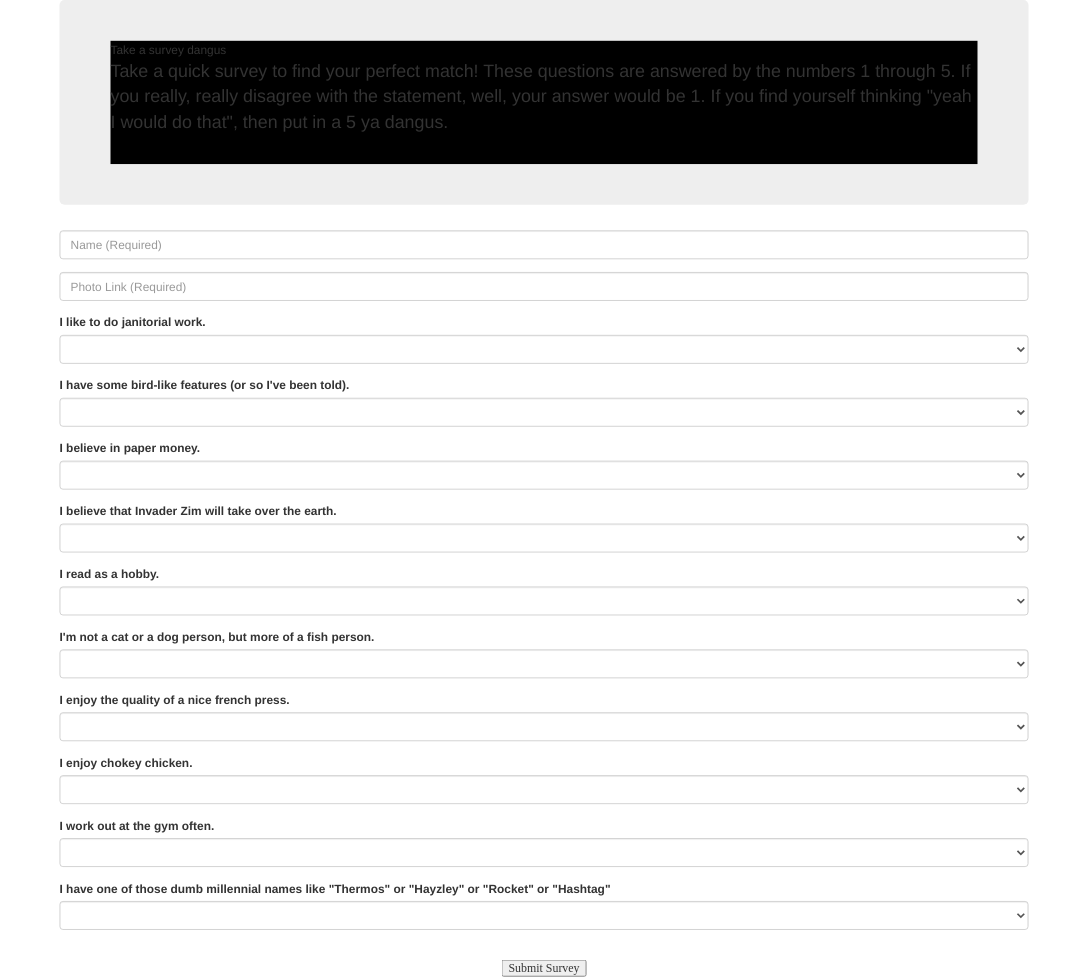
Repository: kcummings1/Mate-Matcher
Page: public/survey.html
An editor plug-in stored every save of this project. The page is shown before and after the next save, followed by the edit.
The browser window is 1280 px wide. The pictures show the whole page, at 85% of full size.
Some web libraries are served in a nearby version.

Above is the page before, as saved 2019-10-05 13:52:16.
Console error: ReferenceError: config is not defined

### public/survey.html
<!DOCTYPE html>
<html>

<head>
    <title>Friend Finder | Survey</title>
    <!--===================\\BootStrap//===================-->
    <link rel="stylesheet" href="https://maxcdn.bootstrapcdn.com/bootstrap/3.3.7/css/bootstrap.min.css">
    <link rel="stylesheet" href="https://maxcdn.bootstrapcdn.com/font-awesome/4.7.0/css/font-awesome.min.css">
</head>

<body>

    <div class="container">
        <div class="jumbotron">
                <div class="title" style="background-color: #000;">Take a survey dangus <br>
            <p>Take a quick survey to find your perfect match! These questions are answered by the numbers 1 through 5.
                If
                you really, really disagree with the statement, well, your answer would be 1. If you find yourself
                thinking
                "yeah I would do that", then put in a 5 ya dangus.</p> <br>
                </div>
        </div>
        <form>
            <div class="form-group">
                <input id="name" type="text" class="form-control" placeholder="Name (Required)">
            </div>
            <div class="form-group">
                <input id="photo" type="text" class="form-control" placeholder="Photo Link (Required)">
            </div>


            <div class="form-group">
                <label for="q1">I like to do janitorial work.</label>
                <select class="form-control" id="q1">
                    <option value="empty"></option>
                    <option value="1">1 (I Do not like that at all!!)</option>
                    <option value="2">2</option>
                    <option value="3">3 (Meh)</option>
                    <option value="4">4</option>
                    <option value="5">5 (I do like that A lot!!)</option>
                </select>
            </div>
            <div class="form-group">
                <label for="q2">I have some bird-like features (or so I've been told).</label>
                <select class="form-control" id="q2">
                    <option value="empty"></option>
                    <option value="1">1 (I Do not like that at all!!)</option>
                    <option value="2">2</option>
                    <option value="3">3 (Meh)</option>
                    <option value="4">4</option>
                    <option value="5">5 (I do like that A lot!!)</option>
                </select>
            </div>
            <div class="form-group">
                <label for="q3">I believe in paper money.</label>
                <select class="form-control" id="q3">
                    <option value="empty"></option>
                    <option value="1">1 (I Do not like that at all!!)</option>
                    <option value="2">2</option>
                    <option value="3">3 (Meh)</option>
                    <option value="4">4</option>
                    <option value="5">5 (I do like that A lot!!)</option>
                </select>
            </div>
            <div class="form-group">
                <label for="q4">I believe that Invader Zim will take over the earth.</label>
                <select class="form-control" id="q4">
                    <option value="empty"></option>
                    <option value="1">1 (I Do not like that at all!!)</option>
                    <option value="2">2</option>
                    <option value="3">3 (Meh)</option>
                    <option value="4">4</option>
                    <option value="5">5 (I do like that A lot!!)</option>
                </select>
            </div>
            <div class="form-group">
                <label for="q5">I read as a hobby.</label>
                <select class="form-control" id="q5">
                    <option value="empty"></option>
                    <option value="1">1 (I Do not like that at all!!)</option>
                    <option value="2">2</option>
                    <option value="3">3 (Meh)</option>
                    <option value="4">4</option>
                    <option value="5">5 (I do like that A lot!!)</option>
                </select>
            </div>
            <div class="form-group">
                <label for="q6">I'm not a cat or a dog person, but more of a fish person.</label>
                <select class="form-control" id="q6">
                    <option value="empty"></option>
                    <option value="1">1 (I Do not like that at all!!)</option>
                    <option value="2">2</option>
                    <option value="3">3 (Meh)</option>
                    <option value="4">4</option>
                    <option value="5">5 (I do like that A lot!!)</option>
                </select>
            </div>
            <div class="form-group">
                <label for="q7">I enjoy the quality of a nice french press.</label>
                <select class="form-control" id="q7">
                    <option value="empty"></option>
                    <option value="1">1 (I Do not like that at all!!)</option>
                    <option value="2">2</option>
                    <option value="3">3 (Meh)</option>
                    <option value="4">4</option>
                    <option value="5">5 (I do like that A lot!!)</option>
                </select>
            </div>
            <div class="form-group">
                <label for="q8">I enjoy chokey chicken.</label>
                <select class="form-control" id="q8">
                    <option value="empty"></option>
                    <option value="1">1 (I Do not like that at all!!)</option>
                    <option value="2">2</option>
                    <option value="3">3 (Meh)</option>
                    <option value="4">4</option>
                    <option value="5">5 (I do like that A lot!!)</option>
                </select>
            </div>
            <div class="form-group">
                <label for="q9">I work out at the gym often.</label>
                <select class="form-control" id="q9">
                    <option value="empty"></option>
                    <option value="1">1 (I Do not like that at all!!)</option>
                    <option value="2">2</option>
                    <option value="3">3 (Meh)</option>
                    <option value="4">4</option>
                    <option value="5">5 (I do like that A lot!!)</option>
                </select>
            </div>
            <div class="form-group">
                <label for="q10">I have one of those dumb millennial names like "Thermos" or "Hayzley" or
                    "Rocket" or "Hashtag"</label>
                <select class="form-control" id="q10">
                    <option value="empty"></option>
                    <option value="1">1 (I Do not like that at all!!)</option>
                    <option value="2">2</option>
                    <option value="3">3 (Meh)</option>
                    <option value="4">4</option>
                    <option value="5">5 (I do like that A lot!!)</option>
                </select>
            </div>
        </form>


        <div class="text-center"><br>
            <input type="submit" class="fa fa-pencil survey-button" value="Submit Survey" id="submit">
        </div>

        <!-- Modal after survey completion -->
        <div id="bestFriendModal" class="modal fade" role="dialog">
            <div class="modal-dialog">
                <div class="modal-content">
                    <div class="modal-header">

                        <h3 class="modal-title">Your New Best Friend</h1>
                    </div>
                    <div class="modal-body">
                        <h2 id="bestFriend"></h2>

                    </div>
                    <div class="modal-footer">
                        <!-- <img id="bestFriendPhoto" src="#"> <button type="button" class="btn btn-default" data-dismiss="modal">Close</button> -->
                    </div>
                </div>
            </div>
        </div>
    </div>

    <script src="https://code.jquery.com/jquery-3.2.1.min.js"
        integrity="sha256-hwg4gsxgFZhOsEEamdOYGBf13FyQuiTwlAQgxVSNgt4=" crossorigin="anonymous"></script>
    <script src="https://maxcdn.bootstrapcdn.com/bootstrap/3.3.7/js/bootstrap.min.js"></script>
</body>

</html>

<script type="text/javascript">
    for (var selector in config) {
        $(selector).chosen(config[selector]);
    }
    //=========\\====Capturing form inputs====//==========\\
    $("#submitBtn").on("click", function (event) {
        event.preventDefault();


        //=========\\====Form validation====//==========\\
        function valForm() {
            var isVal = true;
            $(".form-control").each(function () {
                if ($(this).val() === "") {
                    isVal = false;

                }
            });
        }

        $(".chosen-select").each(function () {

            if ($(this).val() === "") {
                isVal = false;
            }
        })
        return isVal;

        //=========\\====If all required fields are filled====//==========\\
        if (valForm()) {
            //=========\\====Create an object for the user's data====//==========\\
            var userData = {
                name: $("#name").val(),
                Photo: $("#photo").val(),
                scores: [
                    $("#q1").val(),
                    $("#q2").val(),
                    $("#q3").val(),
                    $("#q4").val(),
                    $("#q5").val(),
                    $("#q6").val(),
                    $("#q7").val(),
                    $("#q8").val(),
                    $("#q9").val(),
                    $("#q10").val(),
                ]
            };
            //=========\\====AJAX post the data to the friends API.====//==========\\
            $.post(currentURL + "/api/friends", userData, function (data) {


                $("#matchName").text(data.name);
                $("#matchImg").attr("src", data.photo);

                $("#resultsModal").modal("toggle");

            });
        }
        else {
            alert("Fill out for before submitting!");
        }
        return false;
    });

    </script>

</html>

### public/style.css
.title{
	text-align: center;
	font-family: "Comfortaa";
	font-size: 500%;
	color: #fff;
}

.slogan{
	text-align: center;
	font-family: "PT Mono";
	font-size: 150%;
	text-transform: uppercase;
	color: #fff;
}

.survey-button{
	text-align: center;
	font-family: "PT Mono";
	font-size: 120%;
	text-transform: uppercase;
}

.subtitle{
	text-align: center;
	font-family: "Comfortaa";
	font-size: 200%;
	font-weight: bold;
}

.survey-container{
	width: 50%;
	margin-left: 25%;
	text-align: center;
}

After the next save:
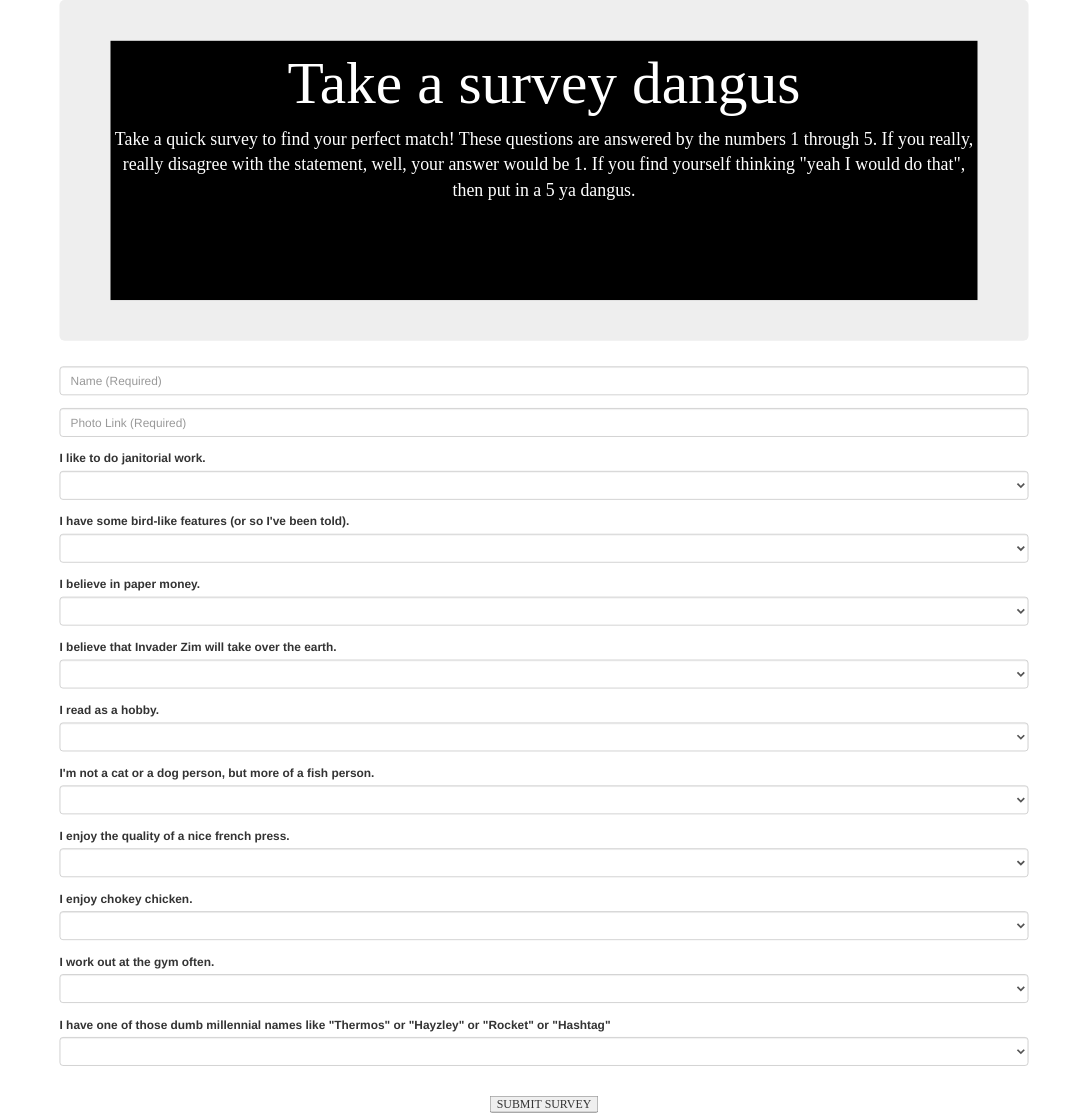
Saved 46 s later.
--- a/public/survey.html
+++ b/public/survey.html
@@ -3,6 +3,7 @@
 
 <head>
     <title>Friend Finder | Survey</title>
+    <link rel="stylesheet" type="text/css" href="style.css">
     <!--===================\\BootStrap//===================-->
     <link rel="stylesheet" href="https://maxcdn.bootstrapcdn.com/bootstrap/3.3.7/css/bootstrap.min.css">
     <link rel="stylesheet" href="https://maxcdn.bootstrapcdn.com/font-awesome/4.7.0/css/font-awesome.min.css">
